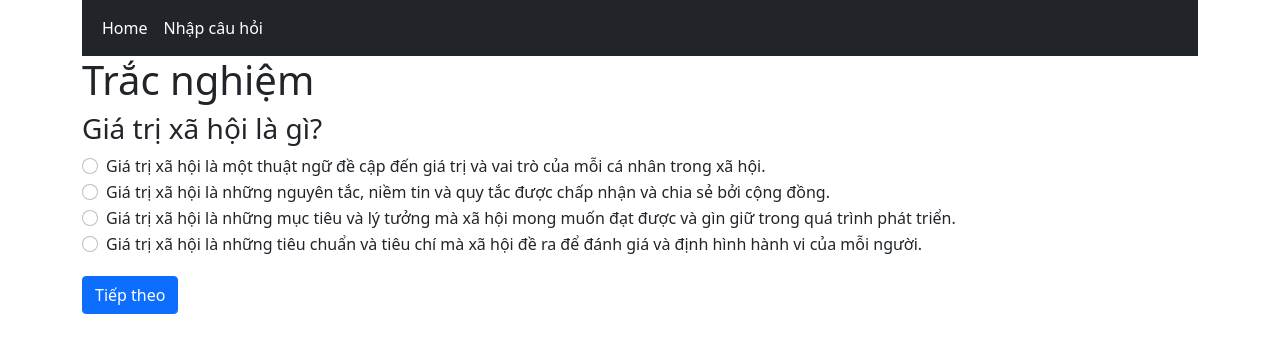
Repository: tran-thien-nhan/quiz_tlln
Page: index.html
The author's editor kept a copy of each file at every save. The page is drawn from the files as they stood at one save, then again after the next save.
The browser window is 1280 px wide. The pictures show the whole page.

Above is the page before, as saved 2023-06-25 11:12:34.

After the next save:
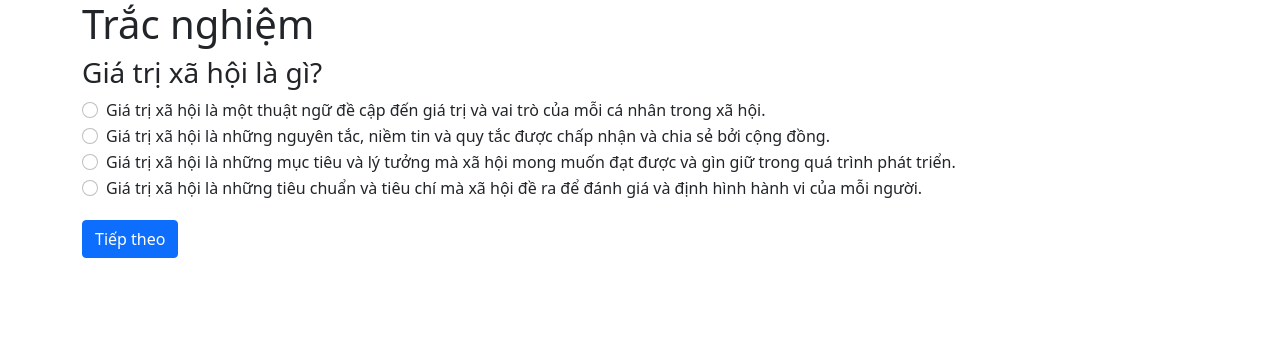
Saved 45 s later.
--- a/index.html
+++ b/index.html
@@ -15,19 +15,6 @@
 
 <body>
     <div class="container">
-        <nav class="navbar navbar-expand-sm bg-dark navbar-dark">
-            <div class="container-fluid">
-                <!-- Links -->
-                <ul class="navbar-nav">
-                    <li class="nav-item">
-                        <a class="nav-link text-white" href="index.html">Home</a>
-                    </li>
-                    <li class="nav-item">
-                        <a class="nav-link text-white" href="nhap_cau_hoi.html">Nhập câu hỏi</a>
-                    </li>
-                </ul>
-            </div>
-        </nav>
         <h1>Trắc nghiệm</h1>
 
         <div class="question" id="questionContainer">
